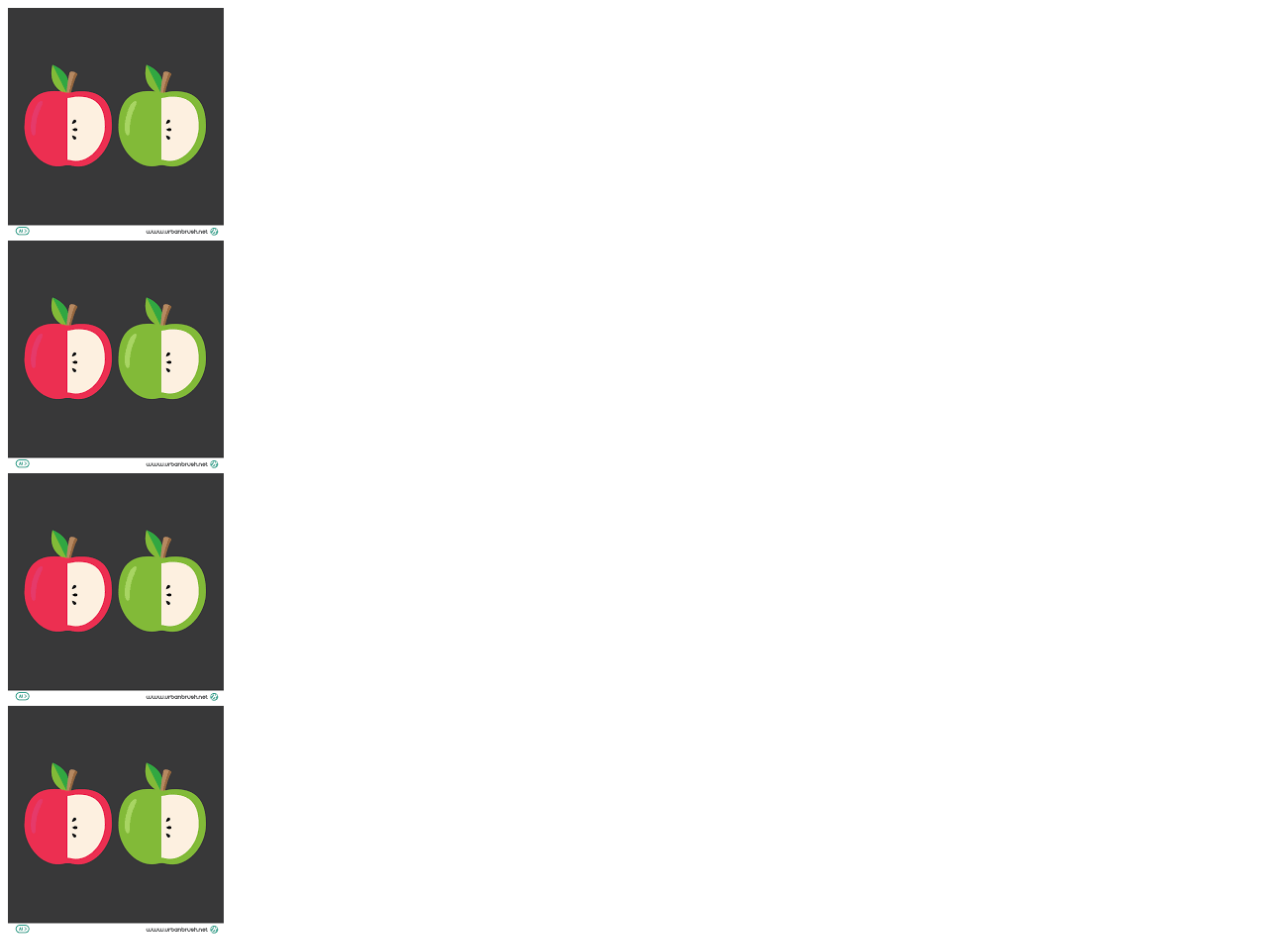
Repository: b1996om/HTML-CSS_study
Page: pro08/public/transform-rotate1.html
An editor plug-in stored every save of this project. The page is shown before and after the next save, followed by the edit.
The browser window is 1280 px wide. The pictures show the whole page, at 99% of full size.

Above is the page before, as saved 2022-12-08 06:33:30.

After the next save:
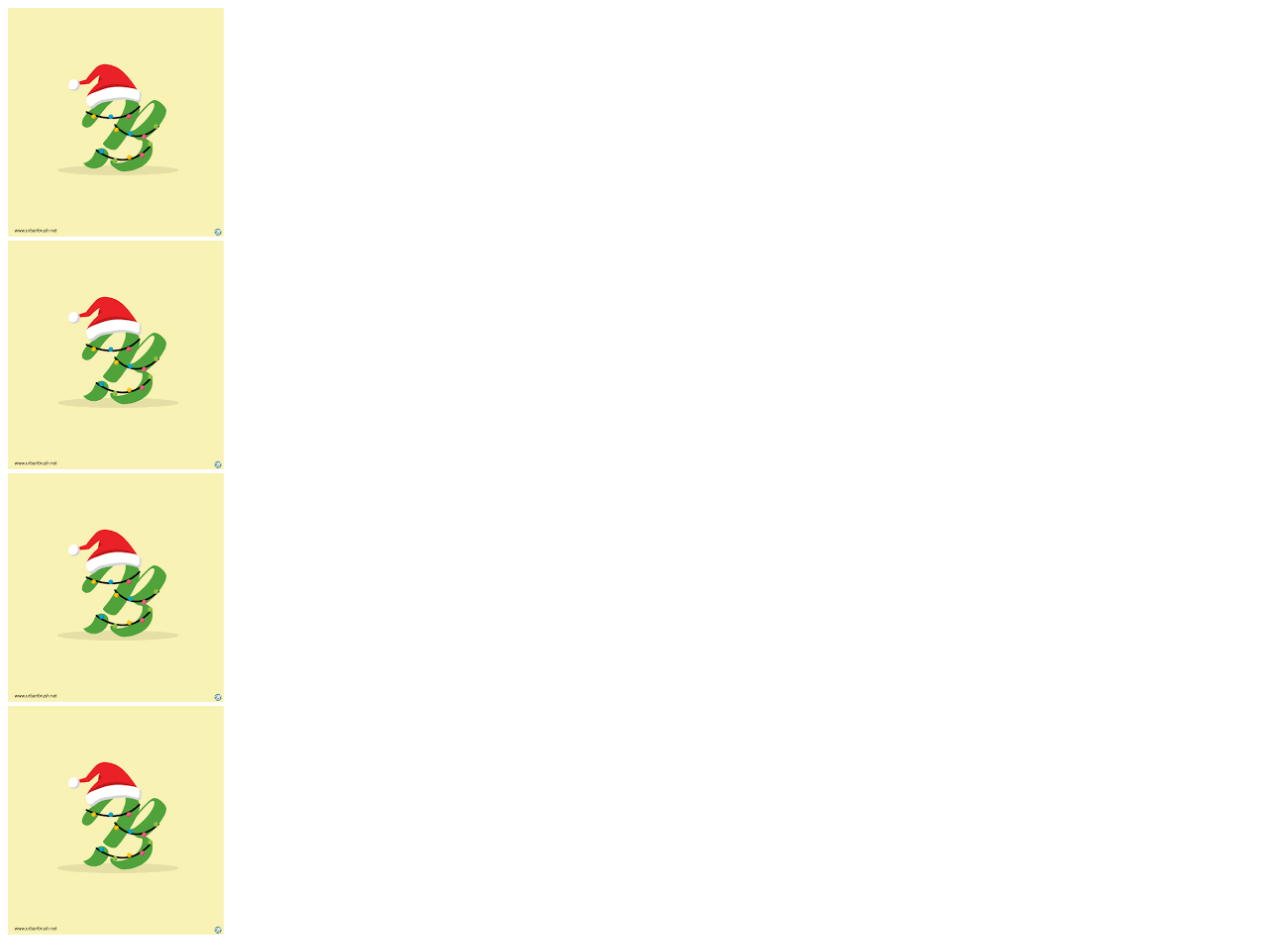
Saved 92 s later.
--- a/pro08/public/transform-rotate1.html
+++ b/pro08/public/transform-rotate1.html
@@ -10,22 +10,22 @@
 <body>
 	<div class="origin">
 		<div class="rotatex">
-			<img src="images/apple.png">
+			<img src="images/bg1.png">
 		</div>
 	</div>
 	<div class="origin">
 		<div class="rotatey">
-			<img src="images/apple.png">
+			<img src="images/bg1.png">
 		</div>
 	</div>
 	<div class="origin">
 		<div class="rotatez">
-			<img src="images/apple.png">
+			<img src="images/bg1.png">
 		</div>
 	</div>
 	<div class="origin">
 		<div class="rotatexyz">
-			<img src="images/apple.png">
+			<img src="images/bg1.png">
 		</div>
 	</div>
 </body>
